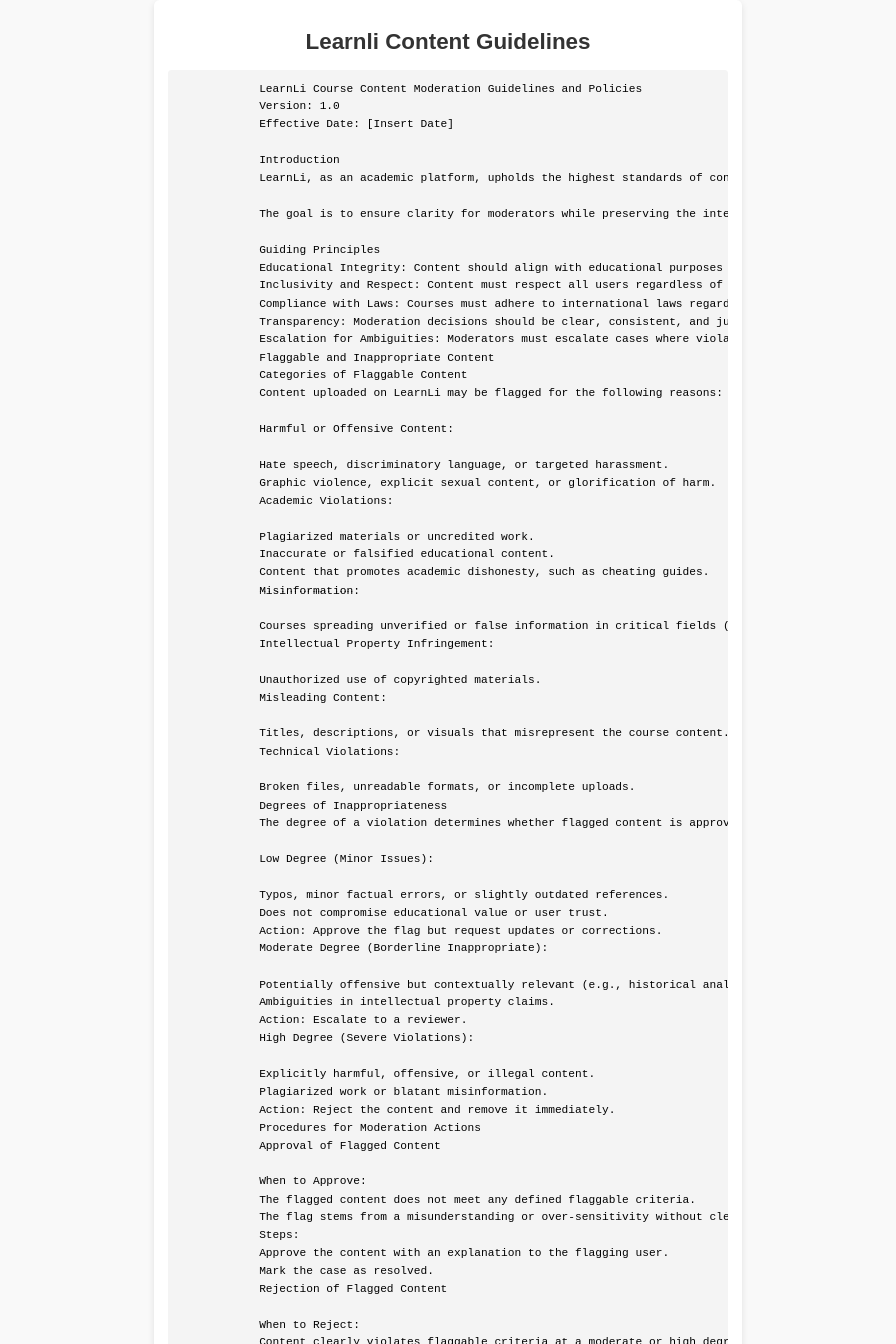
Repository: Learnli23/Learnli
Page: Learnli/users/templates/course_guide.html
The author's editor kept a copy of each file at every save. The page is drawn from the files as they stood at one save, then again after the next save.
The browser window is 1280 px wide. The pictures show the part of the page from y = 0 to 1920 px (the page is 3052 px tall before and 3795 px after), at 70% of full size.
The template is drawn by Django 2.2. The application's start-up code is not run. Other server files are loaded and not shown. The template is opened directly, without the code that normally fills it, so the values that code supplies are empty.

Above is the page before, as saved 2024-12-05 20:40:08.

### Learnli/users/templates/course_guide.html
<!DOCTYPE html>
<html lang="en">
<head>
    <meta charset="UTF-8">
    <meta name="viewport" content="width=device-width, initial-scale=1.0">
    <title>Learnli Guidelines</title>
    <style>
        body {
            font-family: Arial, sans-serif;
            background-color: #f9f9f9;
            margin: 0;
            padding: 0;
            display: flex;
            justify-content: center;
            align-items: center;
            min-height: 100vh;
        }

        .container {
            max-width: 800px;
            background: #fff;
            padding: 20px;
            border-radius: 8px;
            box-shadow: 0 4px 10px rgba(0, 0, 0, 0.1);
        }

        h1 {
            text-align: center;
            color: #333;
        }

        pre {
            font-family: 'Courier New', Courier, monospace;
            background-color: #f4f4f4;
            padding: 15px;
            border-radius: 5px;
            overflow-x: auto;
             /* white-space: pre-wrap;Ensures wrapping for long lines */
            word-wrap: break-word; /* Breaks long words */
            line-height: 1.6;
        }

        .footer {
            text-align: center;
            margin-top: 20px;
            font-size: 0.9em;
            color: #777;
        }
    </style>
</head>
<body>
    <div class="container">
        <h1>Learnli Content Guidelines</h1>
        <!-- Paste your Word content inside the <pre> tag -->
        <pre>
            LearnLi Course Content Moderation Guidelines and Policies
            Version: 1.0
            Effective Date: [Insert Date]

            Introduction
            LearnLi, as an academic platform, upholds the highest standards of content integrity, educational value, and compliance with international academic and online publishing regulations. To maintain the trust of our users and ensure a safe, inclusive, and enriching learning environment, a robust content moderation system is vital. This document outlines the policies, guidelines, and procedures for moderating course content, specifying what content is deemed flaggable, inappropriate, and grounds for removal. It also defines when flagged content should be approved, rejected, or escalated to reviewers.

            The goal is to ensure clarity for moderators while preserving the integrity of content creators and protecting user rights.

            Guiding Principles
            Educational Integrity: Content should align with educational purposes and learning objectives.
            Inclusivity and Respect: Content must respect all users regardless of race, religion, gender, or background.
            Compliance with Laws: Courses must adhere to international laws regarding copyright, intellectual property, and privacy.
            Transparency: Moderation decisions should be clear, consistent, and justifiable.
            Escalation for Ambiguities: Moderators must escalate cases where violations are unclear or borderline.
            Flaggable and Inappropriate Content
            Categories of Flaggable Content
            Content uploaded on LearnLi may be flagged for the following reasons:

            Harmful or Offensive Content:

            Hate speech, discriminatory language, or targeted harassment.
            Graphic violence, explicit sexual content, or glorification of harm.
            Academic Violations:

            Plagiarized materials or uncredited work.
            Inaccurate or falsified educational content.
            Content that promotes academic dishonesty, such as cheating guides.
            Misinformation:

            Courses spreading unverified or false information in critical fields (e.g., health, finance, legal topics).
            Intellectual Property Infringement:

            Unauthorized use of copyrighted materials.
            Misleading Content:

            Titles, descriptions, or visuals that misrepresent the course content.
            Technical Violations:

            Broken files, unreadable formats, or incomplete uploads.
            Degrees of Inappropriateness
            The degree of a violation determines whether flagged content is approved, rejected, or escalated:

            Low Degree (Minor Issues):

            Typos, minor factual errors, or slightly outdated references.
            Does not compromise educational value or user trust.
            Action: Approve the flag but request updates or corrections.
            Moderate Degree (Borderline Inappropriate):

            Potentially offensive but contextually relevant (e.g., historical analysis of controversial topics).
            Ambiguities in intellectual property claims.
            Action: Escalate to a reviewer.
            High Degree (Severe Violations):

            Explicitly harmful, offensive, or illegal content.
            Plagiarized work or blatant misinformation.
            Action: Reject the content and remove it immediately.
            Procedures for Moderation Actions
            Approval of Flagged Content

            When to Approve:
            The flagged content does not meet any defined flaggable criteria.
            The flag stems from a misunderstanding or over-sensitivity without clear grounds for violation.
            Steps:
            Approve the content with an explanation to the flagging user.
            Mark the case as resolved.
            Rejection of Flagged Content

            When to Reject:
            Content clearly violates flaggable criteria at a moderate or high degree.
            Steps:
            Notify the content creator of the rejection with a detailed explanation.
            Allow the creator to appeal within [set time, e.g., 7 days].
            Escalation to Reviewer

            When to Escalate:
            The moderator cannot confidently determine the severity or appropriateness.
            Content falls in a grey area requiring expert judgment.
            Steps:
            Escalate the case with detailed notes and supporting evidence.
            Notify the flagger and the creator of the escalation.
            Case Assignments and Procedures
            To ensure an efficient and transparent workflow, cases are categorized and assigned based on content type and violation severity:

            Content Type Assigned Moderator Team Action Timeline
            Courses Academic Experts + Content Reviewers 48 hours
            Blogs Content Writers + Legal Moderators 24 hours
            Lessons Academic Experts 48 hours
            Course Units Content Reviewers + IT Moderators 48 hours
            Uploaded Books Legal Moderators + Academic Experts 72 hours
            eBooks Legal Moderators + Content Reviewers 72 hours
            Escalation Protocol
            Case Documentation: Moderators must provide:

            Screenshots of flagged content.
            Detailed descriptions of the violation.
            Links to relevant policies or guidelines.
            Reviewer Panel: Composed of senior moderators, academic experts, and legal advisors.

            Resolution: The reviewer panel decides to:

            Approve the flagged content.
            Reject the flagged content with explanations.
            Forward to LearnLi’s legal team for external arbitration in severe cases.
            Moderator Conduct and Compliance
            Moderators must adhere to LearnLi’s Confidentiality Agreement to protect user data and privacy.
            All actions must comply with relevant laws, including GDPR, CCPA, and copyright laws.
            Moderators are trained periodically to stay updated on content policies and legal standards.
            This document serves as the standard guideline for LearnLi content moderation. Regular reviews will
            ensure alignment with evolving educational and legal standards.
        </pre>
        <div class="footer">
            &copy; 2024 Learnli. All rights reserved.
        </div>
    </div>
</body>
</html>

After the next save:
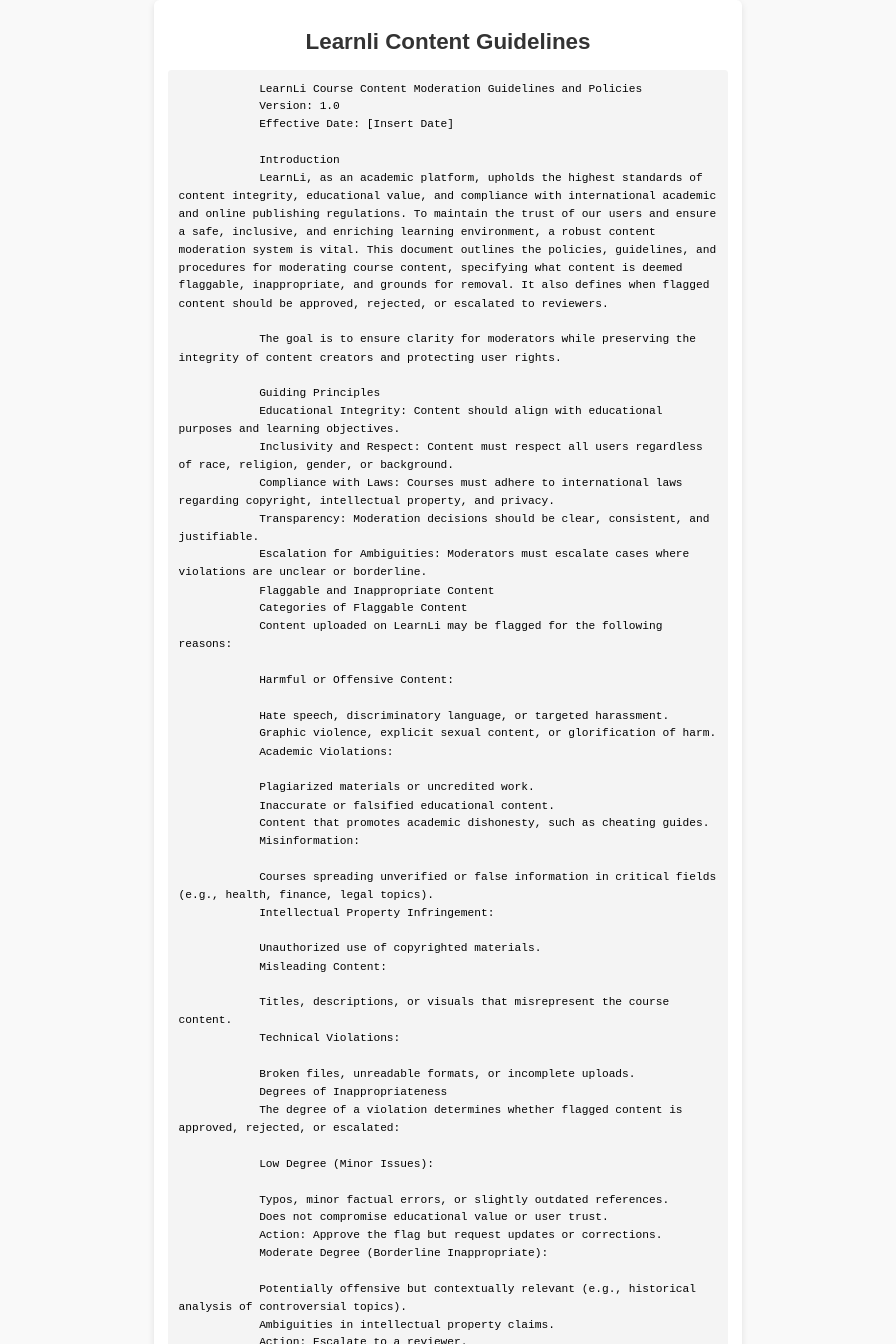
Saved 96 s later.
--- a/Learnli/users/templates/course_guide.html
+++ b/Learnli/users/templates/course_guide.html
@@ -35,7 +35,7 @@
             padding: 15px;
             border-radius: 5px;
             overflow-x: auto;
-             /* white-space: pre-wrap;Ensures wrapping for long lines */
+            white-space: pre-wrap; /* Ensures wrapping for long lines */
             word-wrap: break-word; /* Breaks long words */
             line-height: 1.6;
         }
